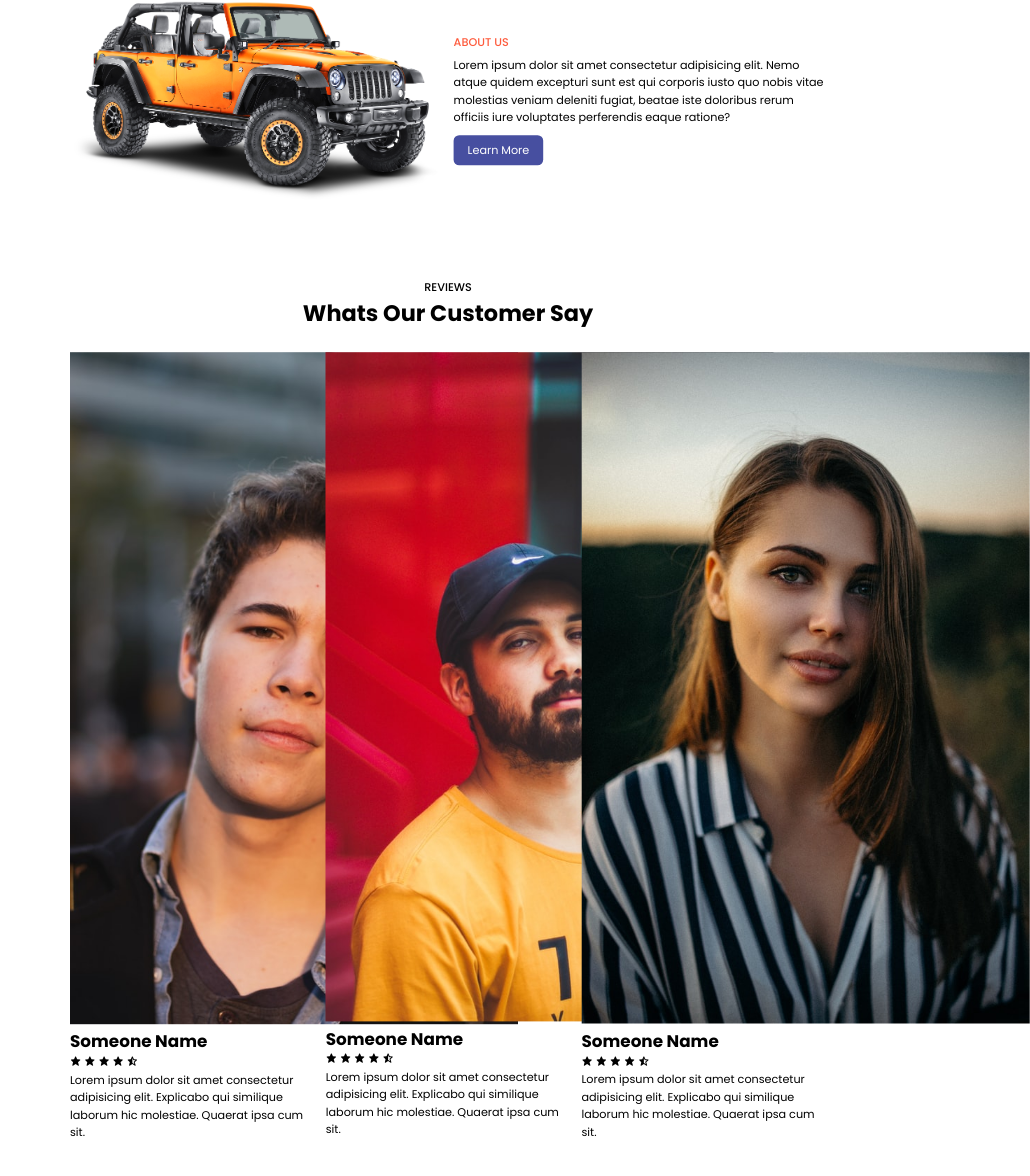
Repository: douglasabnovato/car-rental
Page: index.html
The author's editor kept a copy of each file at every save. The page is drawn from the files as they stood at one save, then again after the next save.
The browser window is 1280 px wide. The page is 1471 px wide, then 1280 px, so the pictures cover 1471 px, including what lies to the right of the window. The pictures show the part of the page from y = 2393 to 4073 px (the page is 4073 px tall before and 3176 px after), at 70% of full size.

Above is the page before, as saved 2025-05-16 16:33:21.

After the next save:
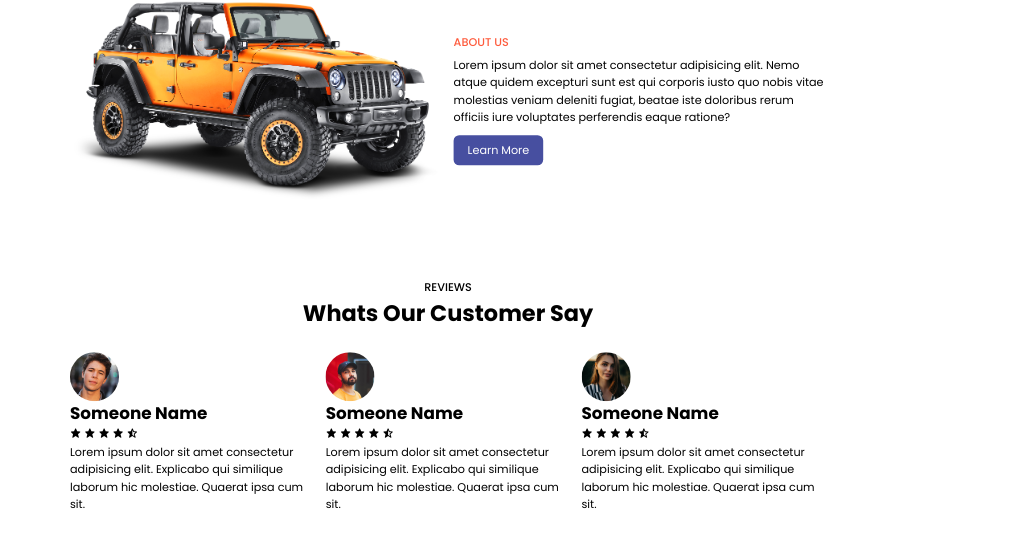
Saved 84 s later.
--- a/style.css
+++ b/style.css
@@ -341,3 +341,15 @@ header {
   gap: 1rem;
   margin-top: 2rem;
 }
+
+.rev-img {
+    width: 70px;
+    height: 70px;
+}
+
+.rev-img img{
+    width: 100%;
+    height: 100%;
+    border-radius: 50%;
+    object-fit: cover;
+}
